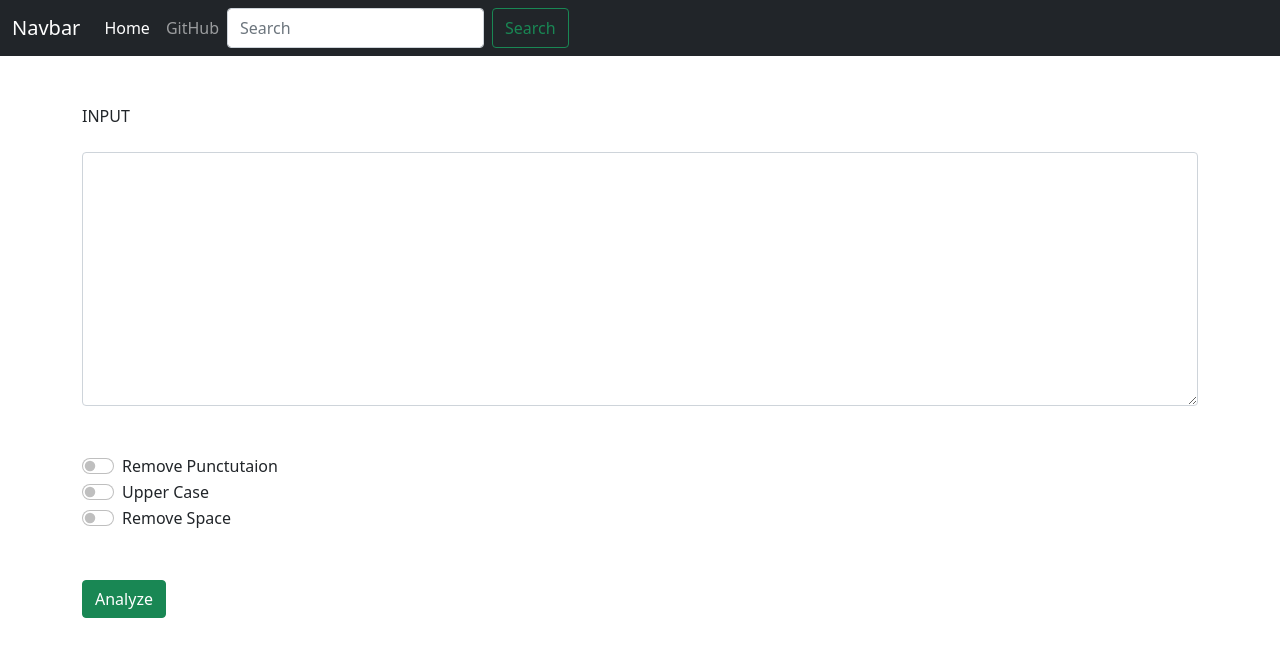
Repository: thenameisshreyank/Textutility
Page: http://localhost/
The author's editor kept a copy of each file at every save. The page is drawn from the files as they stood at one save, then again after the next save.
The browser window is 1280 px wide. The pictures show the whole page.
The page is served by the project's application, run on Django 4.2 (manage.py).

Above is the page before, as saved 2022-04-15 10:53:58.

After the next save:
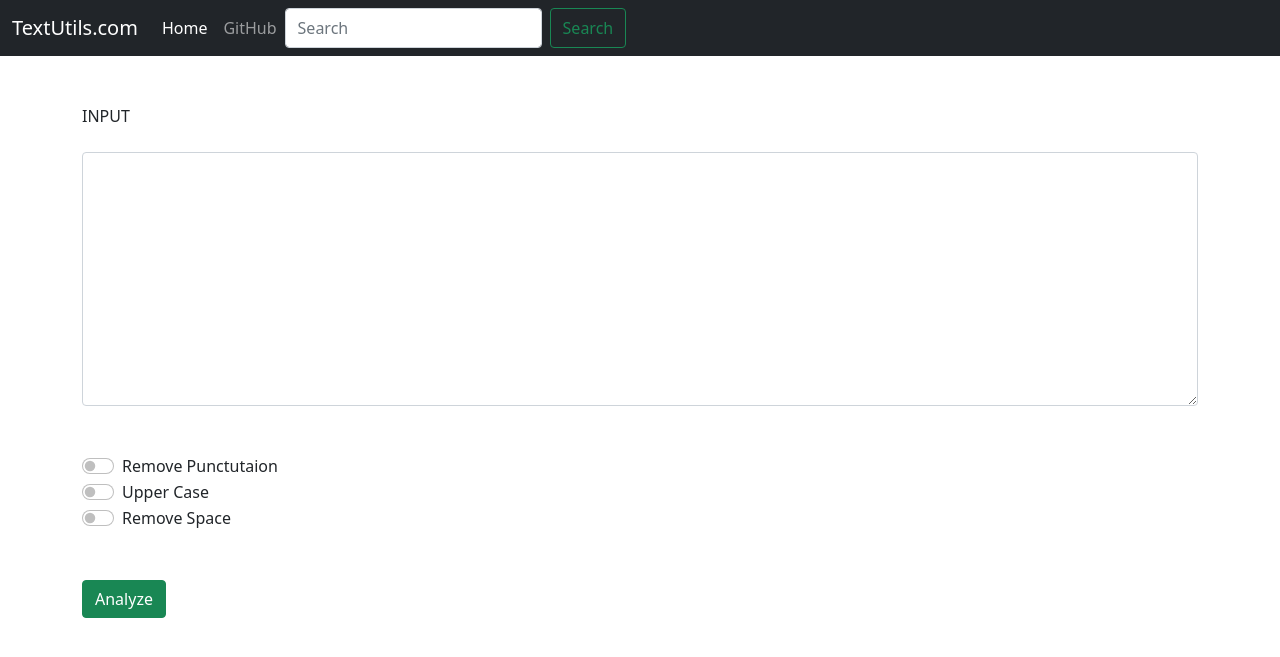
Saved 22 s later.
--- a/templates/index.html
+++ b/templates/index.html
@@ -14,7 +14,7 @@
 <body>
     <nav class="navbar navbar-expand-lg navbar-dark bg-dark">
         <div class="container-fluid">
-          <a class="navbar-brand" href="https://getbootstrap.com/">Navbar</a>
+          <a class="navbar-brand" href="https://getbootstrap.com/">TextUtils.com</a>
           <button class="navbar-toggler" type="button" data-bs-toggle="collapse" data-bs-target="#navbarSupportedContent" aria-controls="navbarSupportedContent" aria-expanded="false" aria-label="Toggle navigation">
             <span class="navbar-toggler-icon"></span>
           </button>
